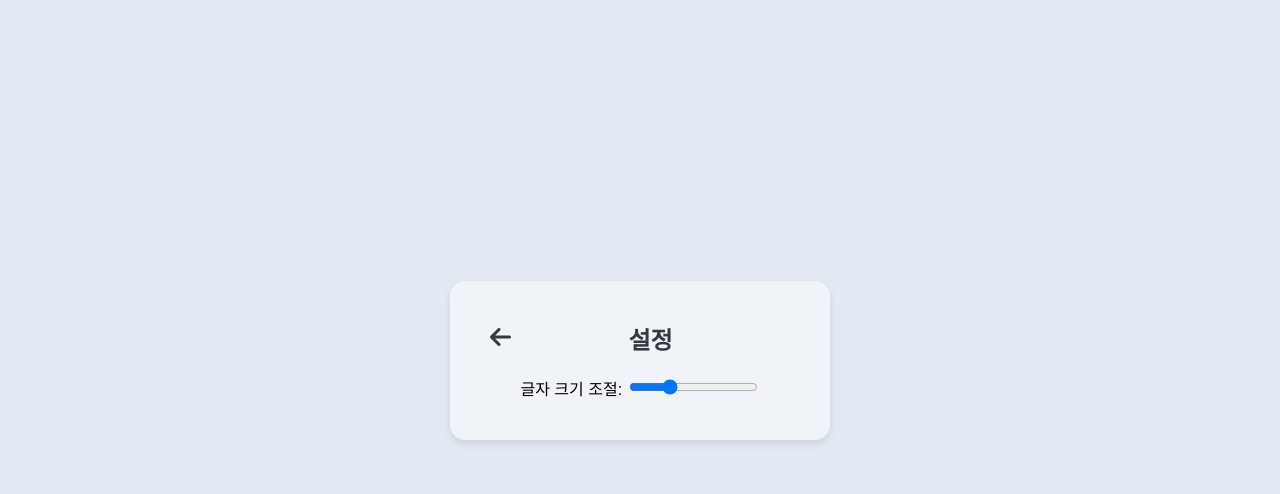
Repository: step-by-steps/step_by_steps_web
Page: http://localhost/settings
An editor plug-in stored every save of this project. The page is shown before and after the next save, followed by the edit.
The browser window is 1280 px wide. The pictures show the whole page.
The page is served by the project's application, run on Flask 3 (main.py). The session is filled in as if someone had signed in: {"username": "testuser"}.

Above is the page before, as saved 2024-08-12 11:51:11.

After the next save:
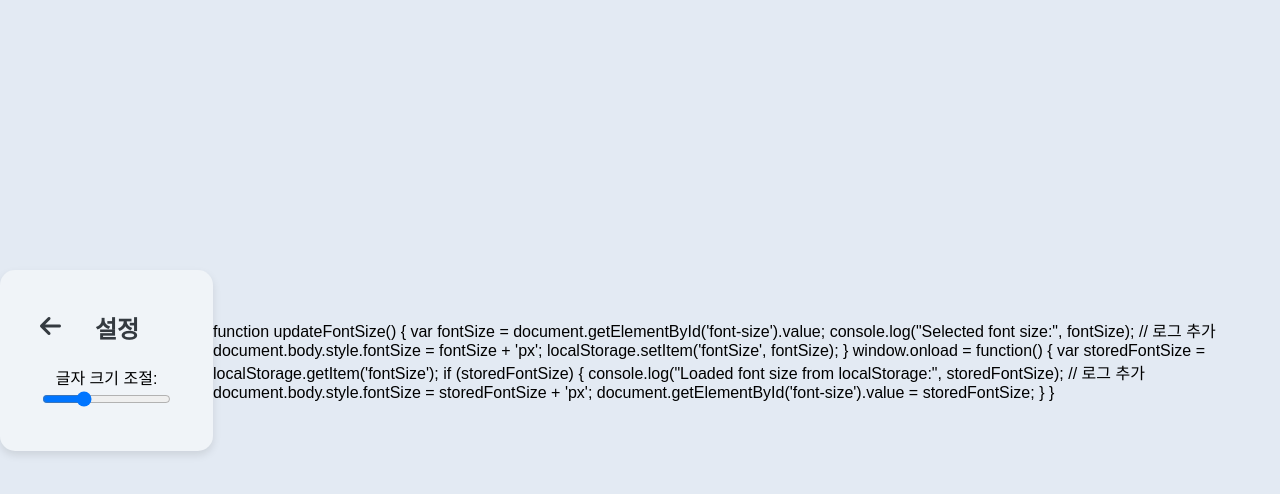
Saved 109 s later.
--- a/templates/settings.html
+++ b/templates/settings.html
@@ -35,3 +35,20 @@
     </div>
 </body>
 </html>
+
+
+function updateFontSize() {
+    var fontSize = document.getElementById('font-size').value;
+    console.log("Selected font size:", fontSize); // 로그 추가
+    document.body.style.fontSize = fontSize + 'px';
+    localStorage.setItem('fontSize', fontSize);
+}
+
+window.onload = function() {
+    var storedFontSize = localStorage.getItem('fontSize');
+    if (storedFontSize) {
+        console.log("Loaded font size from localStorage:", storedFontSize); // 로그 추가
+        document.body.style.fontSize = storedFontSize + 'px';
+        document.getElementById('font-size').value = storedFontSize;
+    }
+}

After the save that followed:
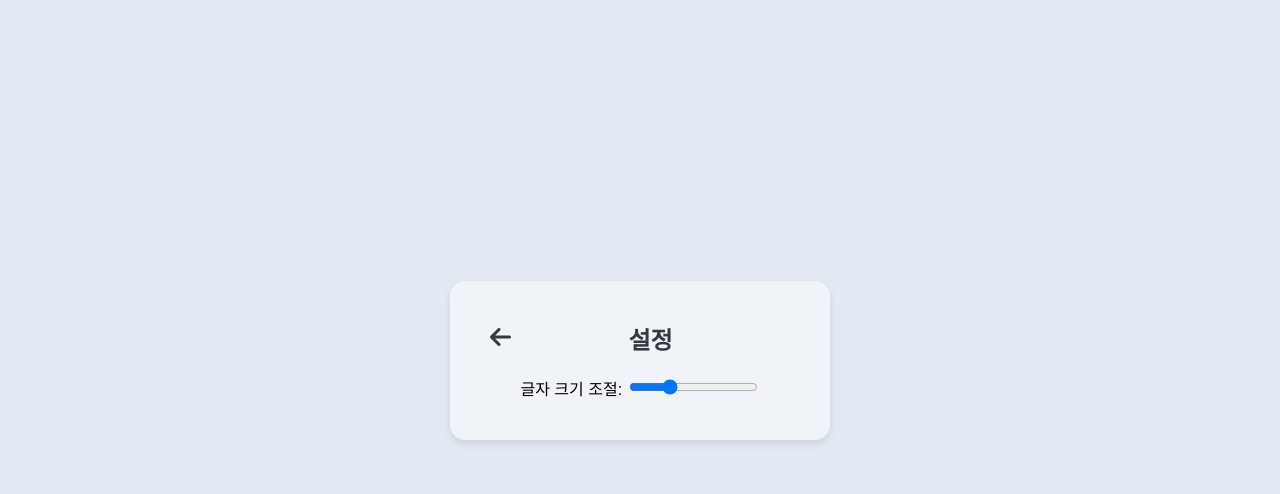
Saved 32 s later.
--- a/templates/settings.html
+++ b/templates/settings.html
@@ -35,20 +35,3 @@
     </div>
 </body>
 </html>
-
-
-function updateFontSize() {
-    var fontSize = document.getElementById('font-size').value;
-    console.log("Selected font size:", fontSize); // 로그 추가
-    document.body.style.fontSize = fontSize + 'px';
-    localStorage.setItem('fontSize', fontSize);
-}
-
-window.onload = function() {
-    var storedFontSize = localStorage.getItem('fontSize');
-    if (storedFontSize) {
-        console.log("Loaded font size from localStorage:", storedFontSize); // 로그 추가
-        document.body.style.fontSize = storedFontSize + 'px';
-        document.getElementById('font-size').value = storedFontSize;
-    }
-}
